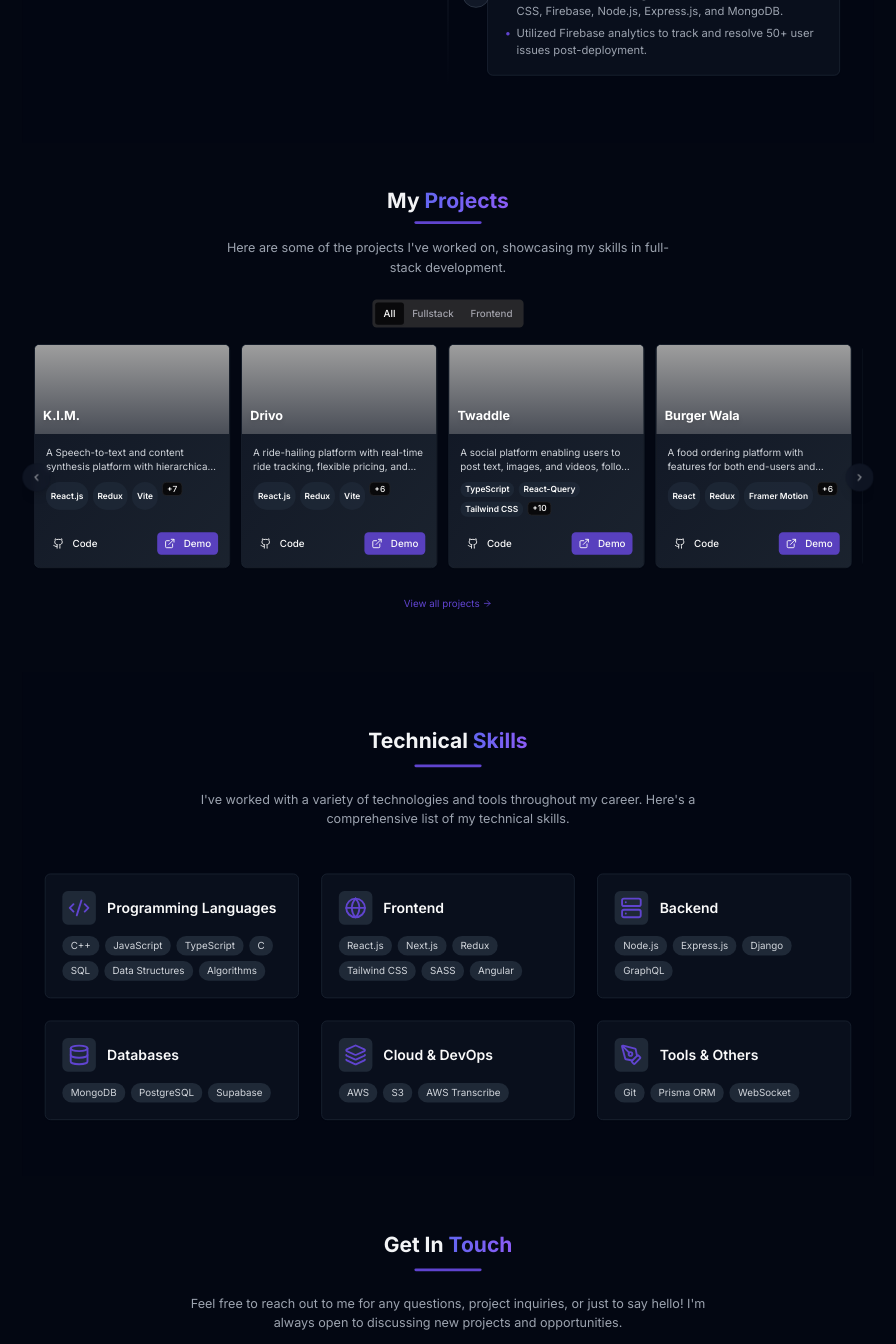
Repository: NoobCoderY/Yash
Page: /
These files come from the project's save history. The page is drawn as it stood at one moment and after a run of saves; the edit follows.
The browser window is 1280 px wide. The pictures show the part of the page from y = 2730 to 4650 px (the page is 5536 px tall before and 5480 px after), at 70% of full size.
Pictures or frames that could not be fetched are drawn as grey boxes. The project was rebuilt for these pictures with package versions that can differ from the ones it lists, and the page was loaded fresh each time. The framework's server and built-in components were replaced by stand-ins that run in the browser. Also part of the build but not shown: next.config.mjs, app/actions/send-email.ts.

Above is the page before, as saved 2025-04-13 10:17:34.

After the next 6 saves:
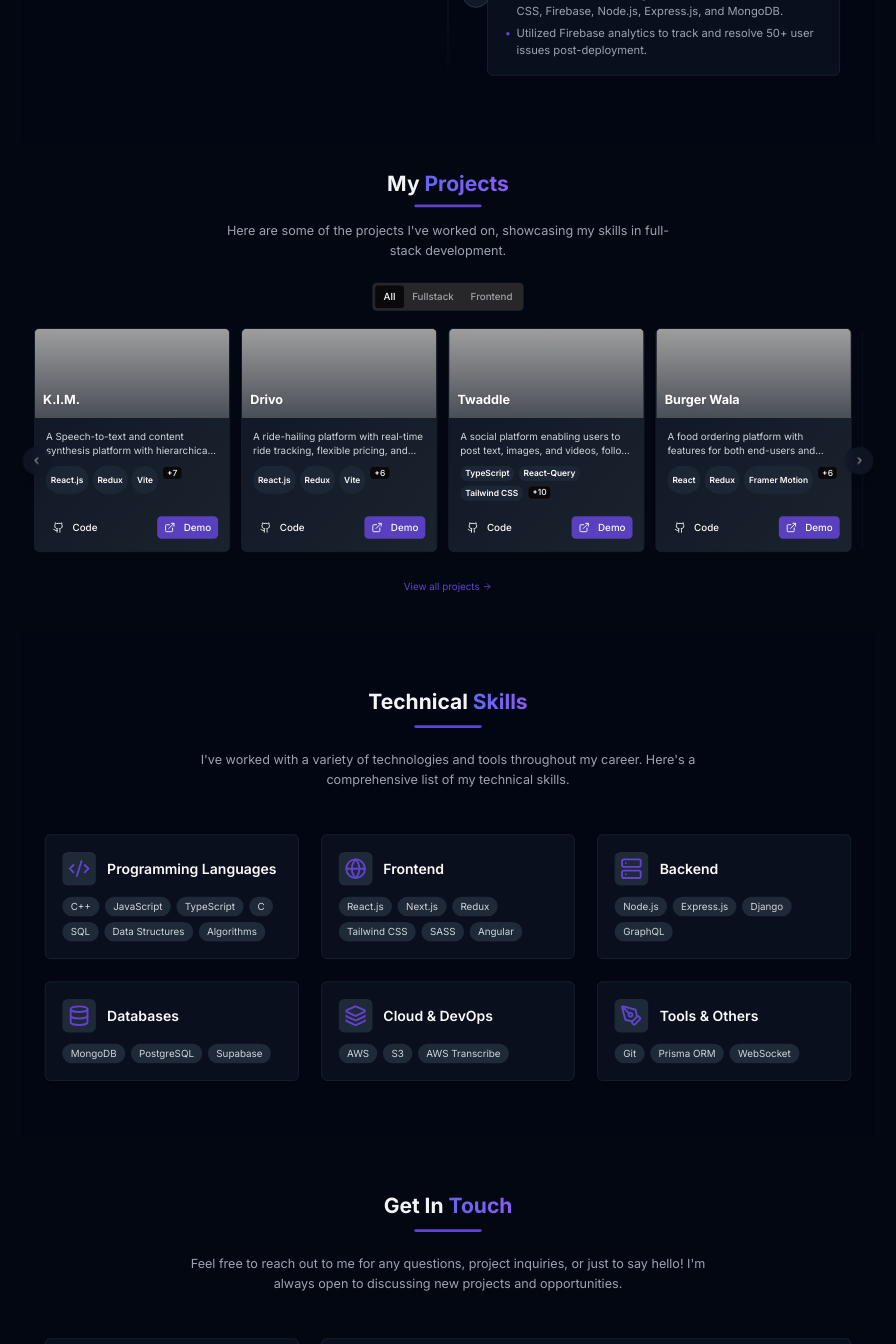
The 6 saves are shown as one change because they came seconds apart.
The last was saved 42 s later.
--- a/components/projects.tsx
+++ b/components/projects.tsx
@@ -215,7 +215,7 @@ export default function Projects() {
   return (
     <section
       id='projects'
-      className='py-16 overflow-hidden'
+      className='pt-10 pb-8 overflow-hidden'
     >
       <div className='container mx-auto px-4'>
         <motion.div
